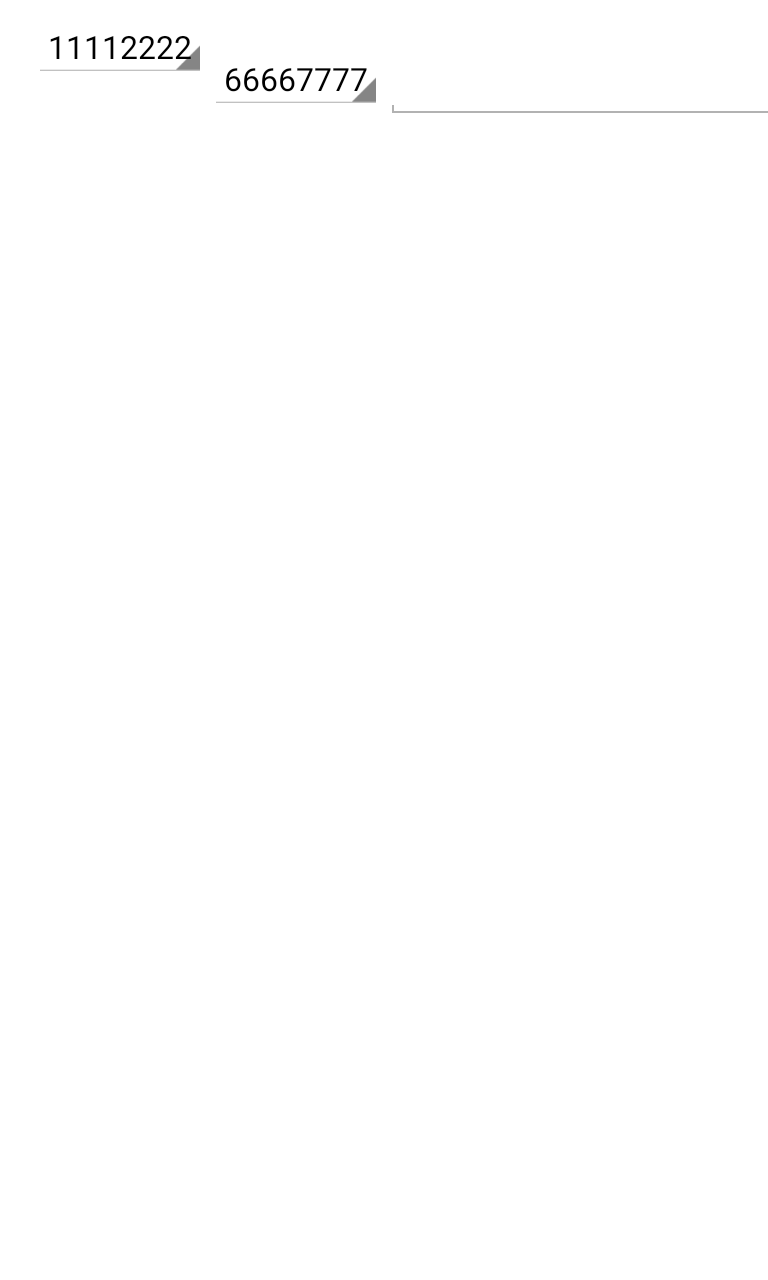
Repository: chaneyjd/android
Layout: amqtt/res/layout/activity_transfer.xml
These files come from the project's save history. The layout is drawn as it stood at one moment and after the next save; the edit follows.
It is drawn on a 768 x 1280 px phone screen (xhdpi) without system bars, with theme AppTheme; the app's code is not run.

Above is the layout before, as saved 2014-05-06 18:06:07.

### amqtt/res/layout/activity_transfer.xml
<GridLayout xmlns:android="http://schemas.android.com/apk/res/android"
    xmlns:tools="http://schemas.android.com/tools"
    android:layout_width="match_parent"
    android:layout_height="300dp"
    android:paddingLeft="@dimen/activity_horizontal_margin"
    tools:context=".TransferActivity" >

    <Spinner
        android:id="@+id/spinner1"
        android:layout_width="wrap_content"
        android:layout_height="wrap_content"
        android:layout_below="@+id/textView1"
        android:layout_centerHorizontal="true"
        android:entries="@array/From_Account" />

    <Spinner
        android:id="@+id/spinner2"
        android:layout_width="wrap_content"
        android:layout_height="wrap_content"
        android:layout_alignLeft="@+id/spinner1"
        android:layout_below="@+id/textView2"
        android:layout_marginTop="16dp"
        android:entries="@array/To_Account" />

    <EditText
        android:id="@+id/editText1"
        android:layout_width="wrap_content"
        android:layout_height="wrap_content"
        android:layout_below="@+id/textView3"
        android:layout_centerHorizontal="true"
        android:layout_marginTop="18dp"
        android:ems="10" />

    <TextView
        android:id="@+id/textView1"
        android:layout_width="wrap_content"
        android:layout_height="wrap_content"
        android:layout_alignLeft="@+id/spinner1"
        android:layout_alignParentTop="true"
        android:layout_marginLeft="28dp"
        android:layout_marginTop="17dp"
        android:text="From Account:"
        android:textAppearance="?android:attr/textAppearanceMedium" />

    <Button
        android:id="@+id/button2"
        style="?android:attr/buttonStyleSmall"
        android:layout_width="wrap_content"
        android:layout_height="wrap_content"
        android:layout_alignRight="@+id/spinner1"
        android:layout_alignTop="@+id/textView1"
        android:layout_marginRight="19dp"
        android:onClick="transfer"
        android:text="Transfer" />

    <TextView
        android:id="@+id/textView2"
        android:layout_width="wrap_content"
        android:layout_height="wrap_content"
        android:layout_alignLeft="@+id/textView1"
        android:layout_below="@+id/spinner1"
        android:text="To Account:"
        android:textAppearance="?android:attr/textAppearanceMedium" />

    <TextView
        android:id="@+id/textView3"
        android:layout_width="wrap_content"
        android:layout_height="wrap_content"
        android:layout_below="@+id/spinner2"
        android:layout_centerHorizontal="true"
        android:text="Amount:"
        android:textAppearance="?android:attr/textAppearanceMedium" />
</GridLayout>

### amqtt/res/values/strings.xml
<?xml version="1.0" encoding="utf-8"?>
<resources>

    <string name="app_name">Citi MQTT</string>
    <string name="action_settings">Settings</string>
    <string name="hello_world">Output:</string>
    <string name="button_action_connect">Connect</string>
    <string name="host_name">vm-3b11-b25f.nam.nsroot.net</string>
    <string name="button_action_disconnect">Disconnect</string>
    <string name="title_activity_main_activity_notify">MainActivityNotify</string>
    <string name="Host_Hint">Enter Host Name Here</string>

    <string-array name="From_Account">
        <item>11112222</item>
        <item>22223333</item>
        <item>33334444</item>
        <item>44445555</item>
    </string-array>
    <string-array name="To_Account">
        <item>66667777</item>
        <item>77778888</item>
        <item>88889999</item>
        <item>99990000</item>
    </string-array>

    <string name="title_activity_fullscreen">FullscreenActivity</string>
    <string name="dummy_button">Dummy Button</string>
    <string name="dummy_content">DUMMY\nCONTENT</string>
    <string name="title_activity_transfer">TransferActivity</string>

</resources>

Loaded but not shown: amqtt/res/values/styles.xml (common file); amqtt/res/values-v11/styles.xml (common file); amqtt/res/values-v14/styles.xml (common file); amqtt/res/values/dimens.xml (common file)

After the next save:
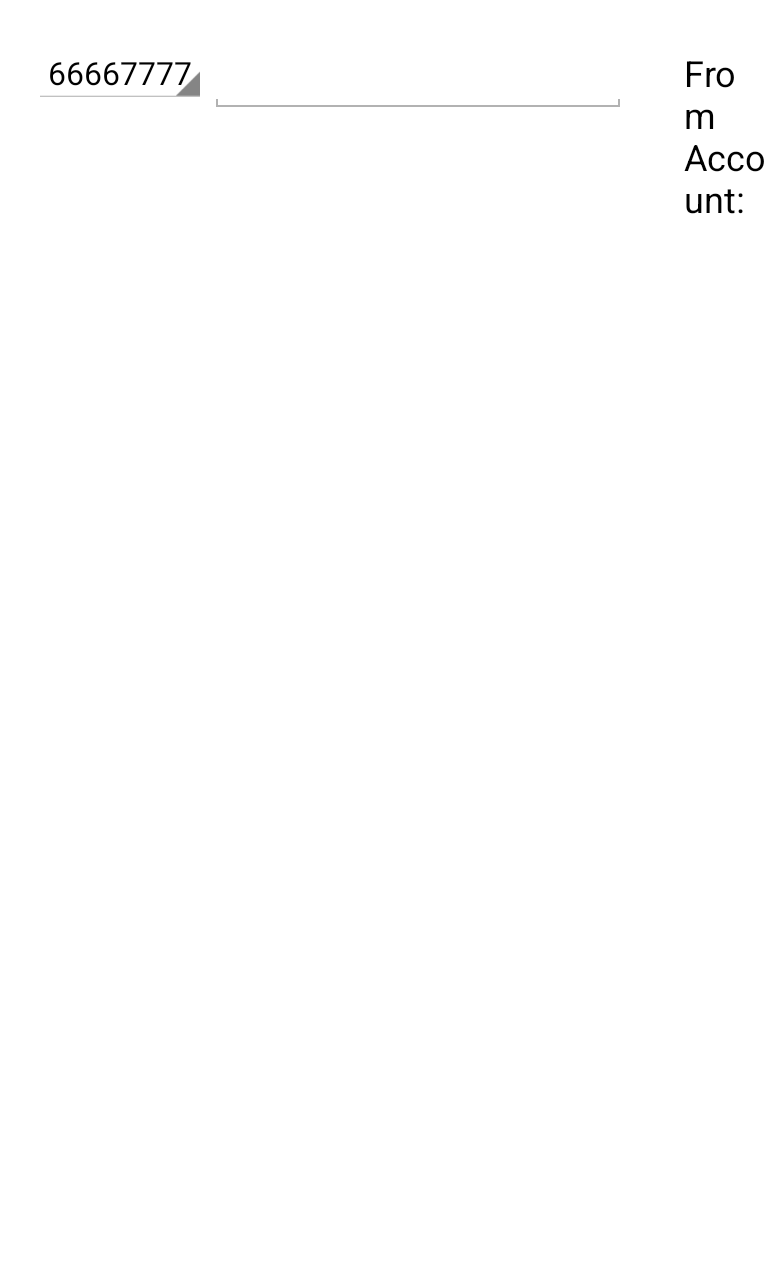
Saved 38 s later.
--- a/amqtt/res/layout/activity_transfer.xml
+++ b/amqtt/res/layout/activity_transfer.xml
@@ -1,17 +1,10 @@
-<GridLayout xmlns:android="http://schemas.android.com/apk/res/android"
+<LinearLayout xmlns:android="http://schemas.android.com/apk/res/android"
     xmlns:tools="http://schemas.android.com/tools"
     android:layout_width="match_parent"
     android:layout_height="300dp"
+    android:columnCount="1"
     android:paddingLeft="@dimen/activity_horizontal_margin"
     tools:context=".TransferActivity" >
-
-    <Spinner
-        android:id="@+id/spinner1"
-        android:layout_width="wrap_content"
-        android:layout_height="wrap_content"
-        android:layout_below="@+id/textView1"
-        android:layout_centerHorizontal="true"
-        android:entries="@array/From_Account" />
 
     <Spinner
         android:id="@+id/spinner2"
@@ -54,15 +47,6 @@
         android:text="Transfer" />
 
     <TextView
-        android:id="@+id/textView2"
-        android:layout_width="wrap_content"
-        android:layout_height="wrap_content"
-        android:layout_alignLeft="@+id/textView1"
-        android:layout_below="@+id/spinner1"
-        android:text="To Account:"
-        android:textAppearance="?android:attr/textAppearanceMedium" />
-
-    <TextView
         android:id="@+id/textView3"
         android:layout_width="wrap_content"
         android:layout_height="wrap_content"
@@ -70,4 +54,24 @@
         android:layout_centerHorizontal="true"
         android:text="Amount:"
         android:textAppearance="?android:attr/textAppearanceMedium" />
-</GridLayout>
+
+    <Spinner
+        android:id="@+id/spinner1"
+        android:layout_width="wrap_content"
+        android:layout_height="wrap_content"
+        android:layout_column="0"
+        android:layout_gravity="center_horizontal|bottom"
+        android:layout_row="0"
+        android:entries="@array/From_Account" />
+
+    <TextView
+        android:id="@+id/textView2"
+        android:layout_width="wrap_content"
+        android:layout_height="wrap_content"
+        android:layout_column="0"
+        android:layout_gravity="center_horizontal|top"
+        android:layout_row="6"
+        android:text="To Account:"
+        android:textAppearance="?android:attr/textAppearanceMedium" />
+
+</LinearLayout>
